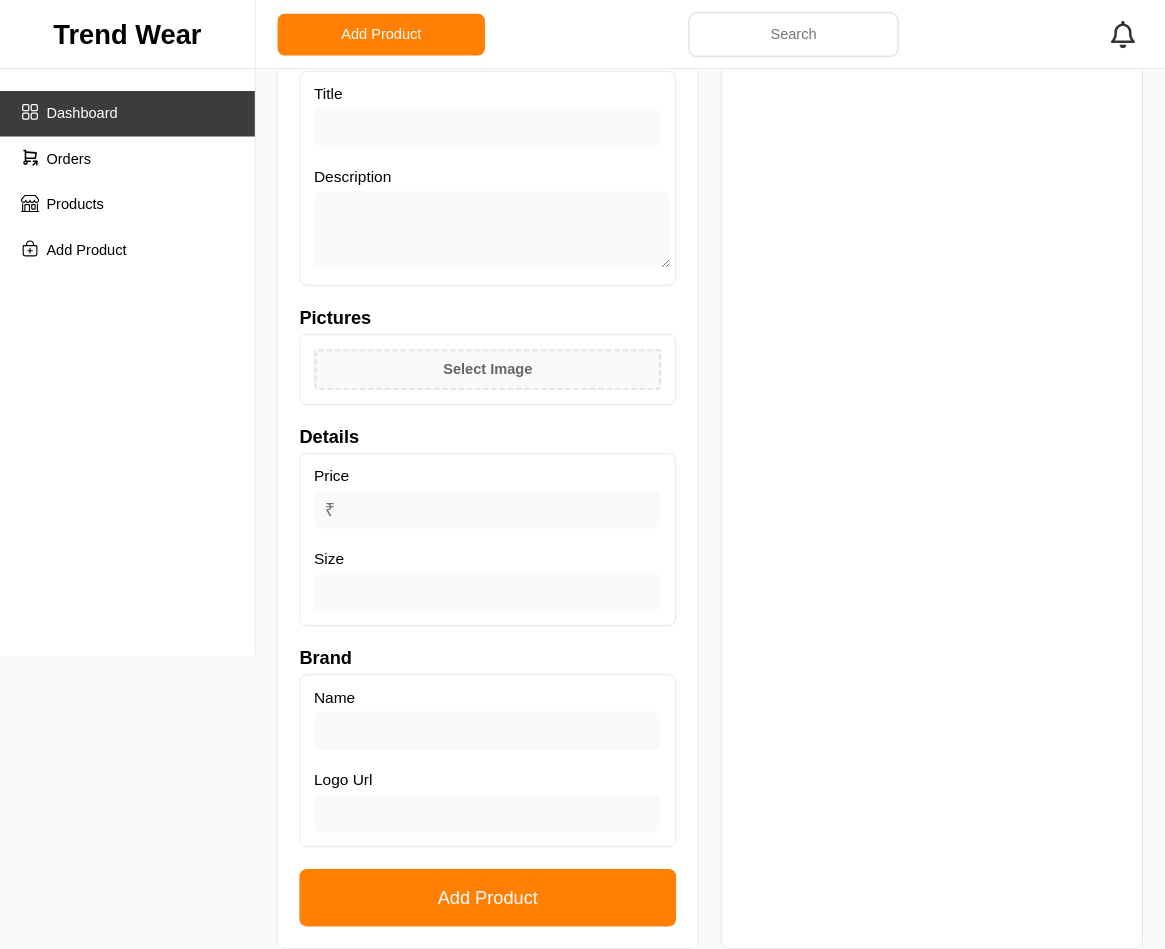
Repository: ahmad-dev7/TrendWear
Page: / (app in trend_wear_dashboard/)
The author's editor kept a copy of each file at every save. The page is drawn from the files as they stood at one save, then again after the next save.
The browser window is 1280 px wide. The pictures show the whole page, at 91% of full size.
The project was rebuilt for these pictures with package versions that can differ from the ones it lists, and the page was loaded fresh each time. Also part of the build but not shown: trend_wear_dashboard/vite.config.ts.

Above is the page before, as saved 2025-01-20 13:41:32.

After the next save:
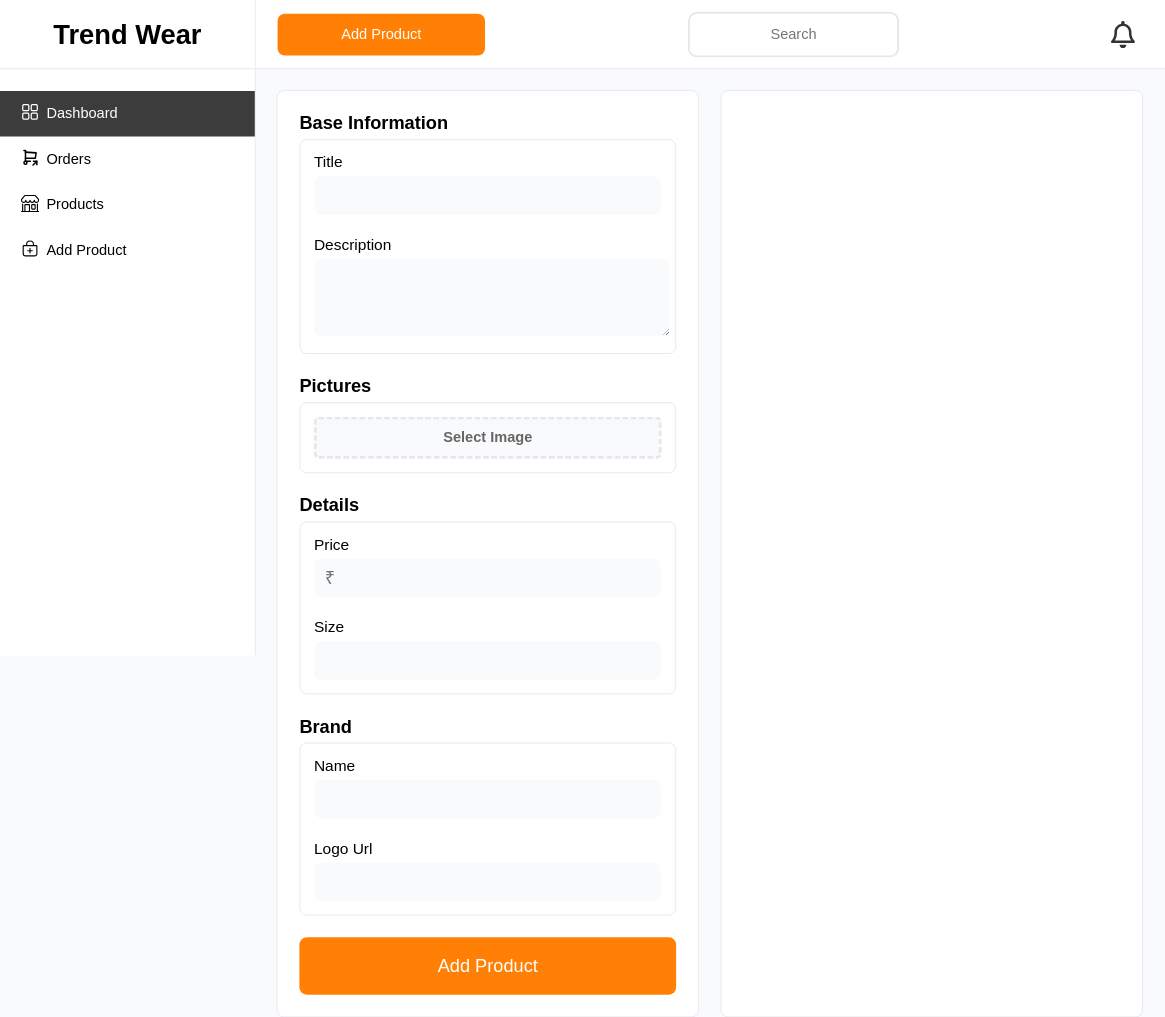
Saved 51 s later.
--- a/trend_wear_dashboard/src/Components/Body/Body.css
+++ b/trend_wear_dashboard/src/Components/Body/Body.css
@@ -3,6 +3,7 @@
     flex-direction: column;
     margin: 24px;
     /* To make content body at center */
+    top: 75px;
     left: 280px;
     position: relative;
     max-width: calc(100% - (280px + 48px));
